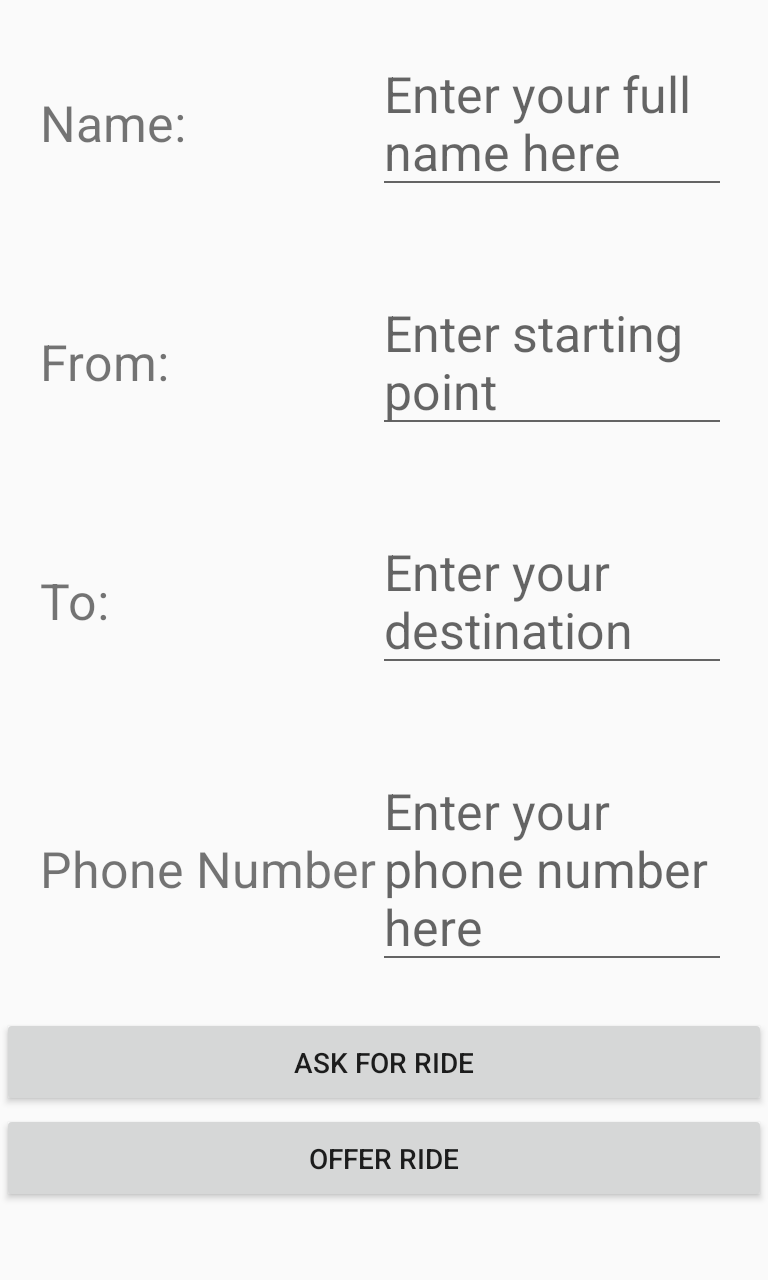
Repository: TewodrosT/LiLY
Layout: TransportationLily/res/layout/activity_main.xml
These files come from the project's save history. The layout is drawn as it stood at one moment and after the next save; the edit follows.
It is drawn on a 768 x 1280 px phone screen (xhdpi) without system bars, with theme AppTheme; the app's code is not run.

Above is the layout before, as saved 2014-08-06 11:10:56.

After the next save:
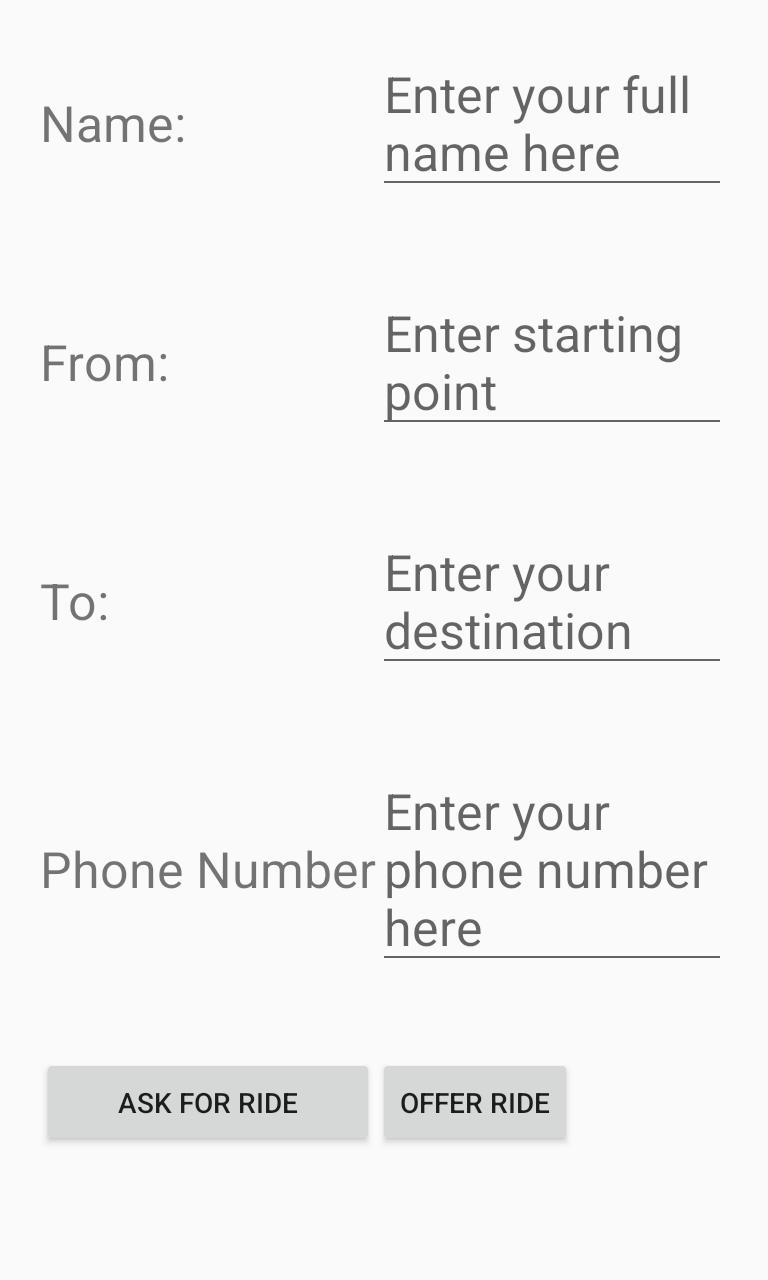
Saved 8 min 38 s later.
--- a/TransportationLily/res/layout/activity_main.xml
+++ b/TransportationLily/res/layout/activity_main.xml
@@ -90,6 +90,10 @@
                 android:textSize="25sp" />
         </TableRow>
 
+      <TableRow
+            android:layout_width="wrap_content"
+            android:layout_height="wrap_content"
+            android:layout_margin="20sp" >
       <Button
         android:layout_width="wrap_content"
         android:layout_height="wrap_content"
@@ -101,6 +105,7 @@
         android:layout_height="wrap_content"
         android:text="@string/button_offerride"
         android:onClick="sendMessage" />
+     </TableRow>
 
     </TableLayout>
 
